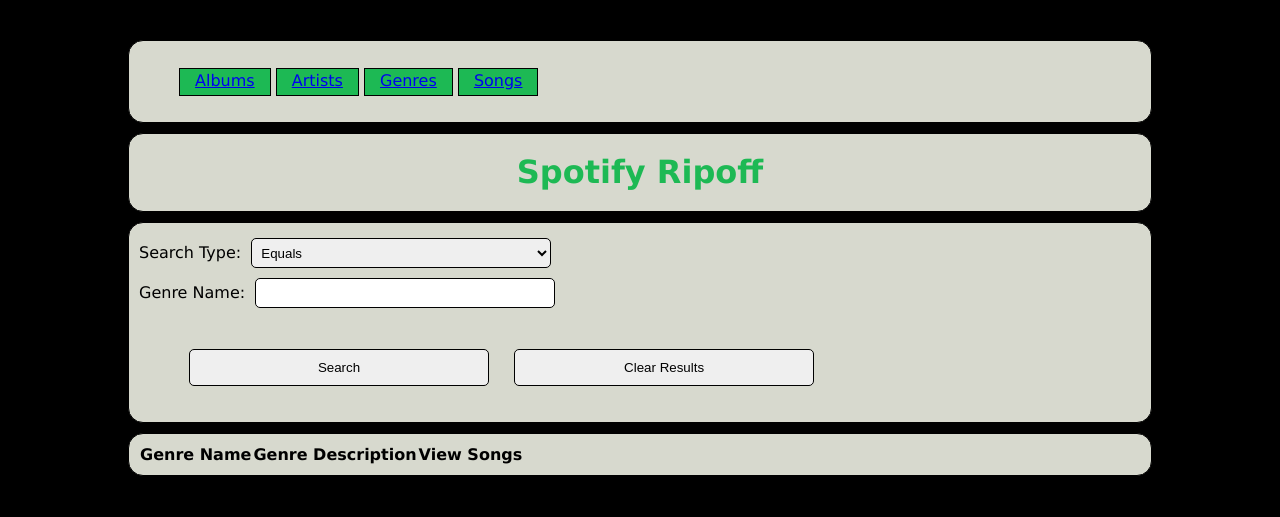
Repository: RRGTHWAR/bkg16_INFSCI1017
Page: bkg16_Music_FinalProject/WebContent/genre.html
The author's editor kept a copy of each file at every save. The page is drawn from the files as they stood at one save, then again after the next save.
The browser window is 1280 px wide. The pictures show the whole page.

Above is the page before, as saved 2019-04-12 13:19:10.

After the next save:
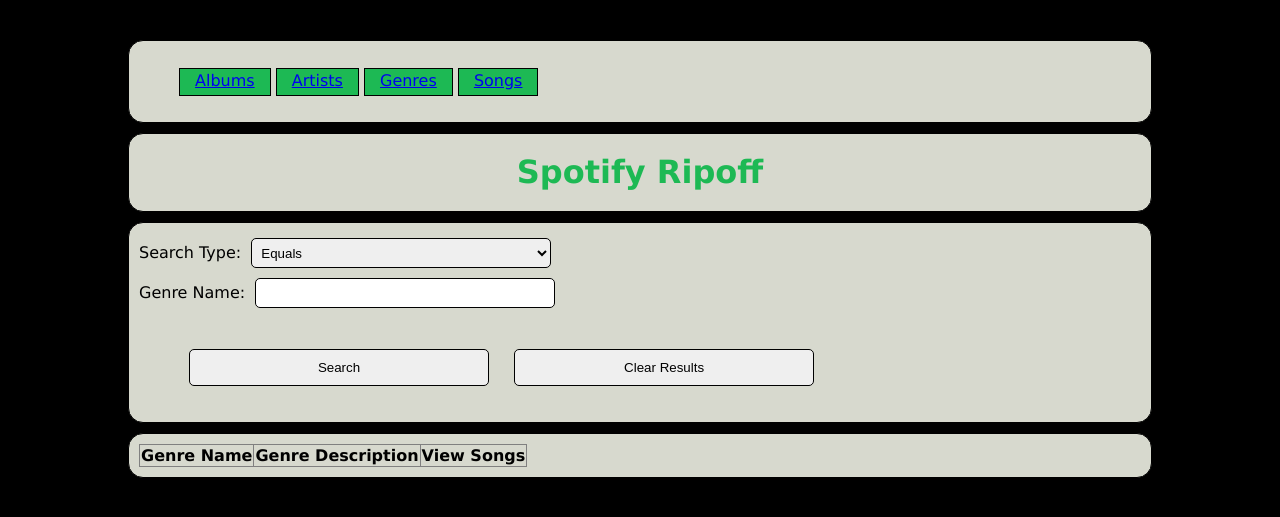
Saved 52 s later.
--- a/bkg16_Music_FinalProject/WebContent/genre.html
+++ b/bkg16_Music_FinalProject/WebContent/genre.html
@@ -40,15 +40,15 @@
 	</div>
 
 
-<div id="searchResults">
-	<table id="tblSearchResults">
-		<tr>
+	<div id="searchResults">
+		<table border="1" id="tblSearchResults">
+			<tr>
 			<th>Genre Name</th>
 			<th>Genre Description</th>
 			<th>View Songs</th>
-		</tr>
-	</table>
-</div>
+			</tr>
+		</table>
+	</div>
 
 </body>
 <script>
